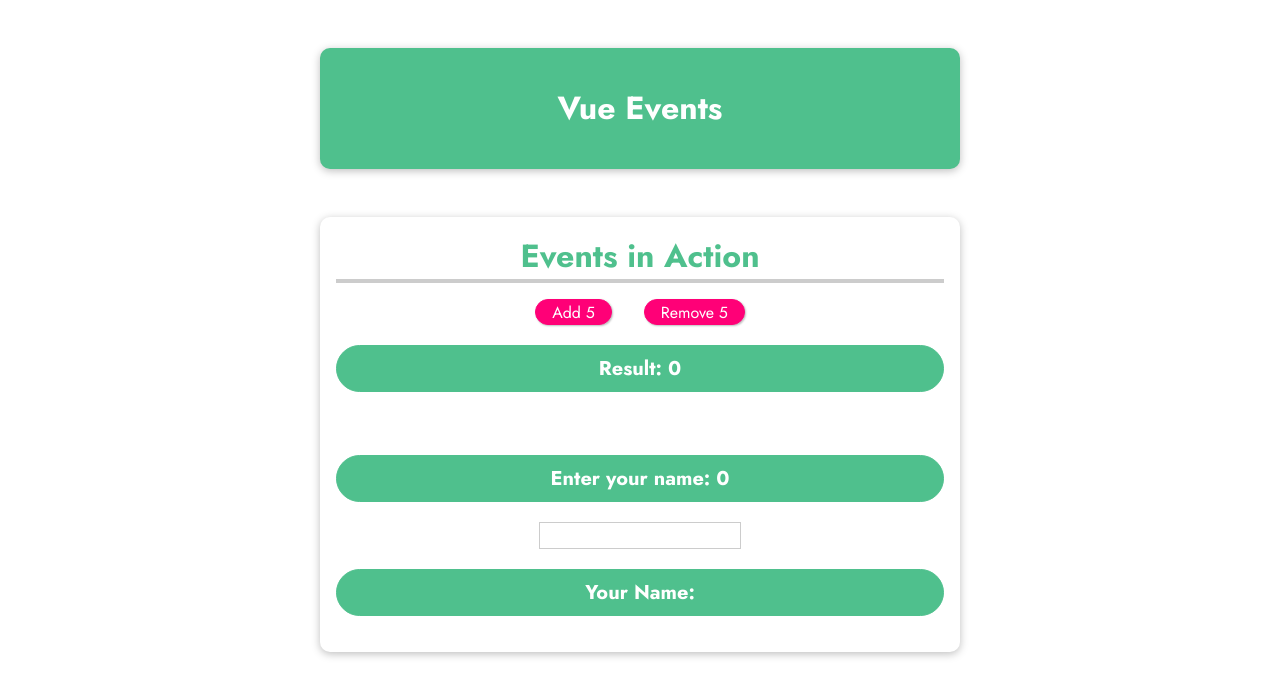
Repository: zmarkoni/Vue-The-Complete-Guide
Page: basics-03-events-starting-code/index.html
These files come from the project's save history. The page is drawn as it stood at one moment and after the next save; the edit follows.
The browser window is 1280 px wide. The pictures show the whole page.

Above is the page before, as saved 2020-12-29 17:48:47.

After the next save:
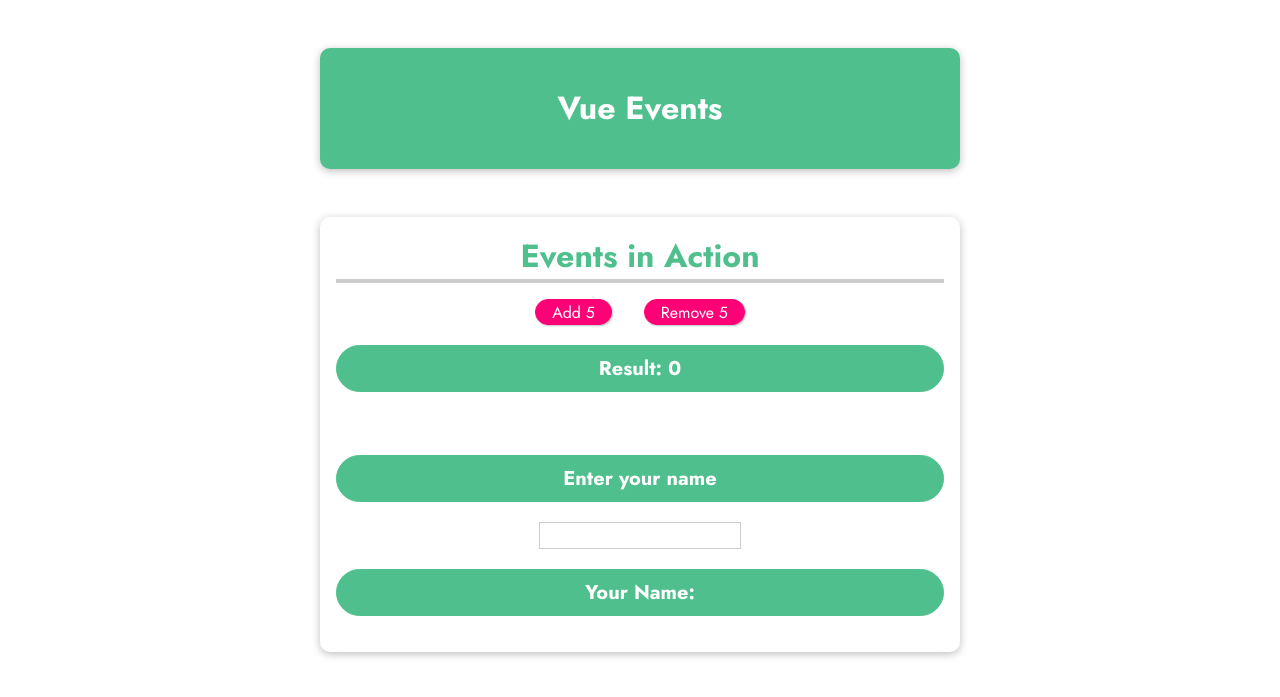
Saved 5 s later.
--- a/basics-03-events-starting-code/index.html
+++ b/basics-03-events-starting-code/index.html
@@ -22,7 +22,7 @@
       <button v-on:click="reduce(5)">Remove 5</button>
       <p>Result: {{ counter }}</p>
       </br>
-      <p>Enter your name: {{ counter }}</p>
+      <p>Enter your name</p>
       <input type="text" v-on:input="setName">
       <p>Your Name: {{ name }}</p>
     </section>
